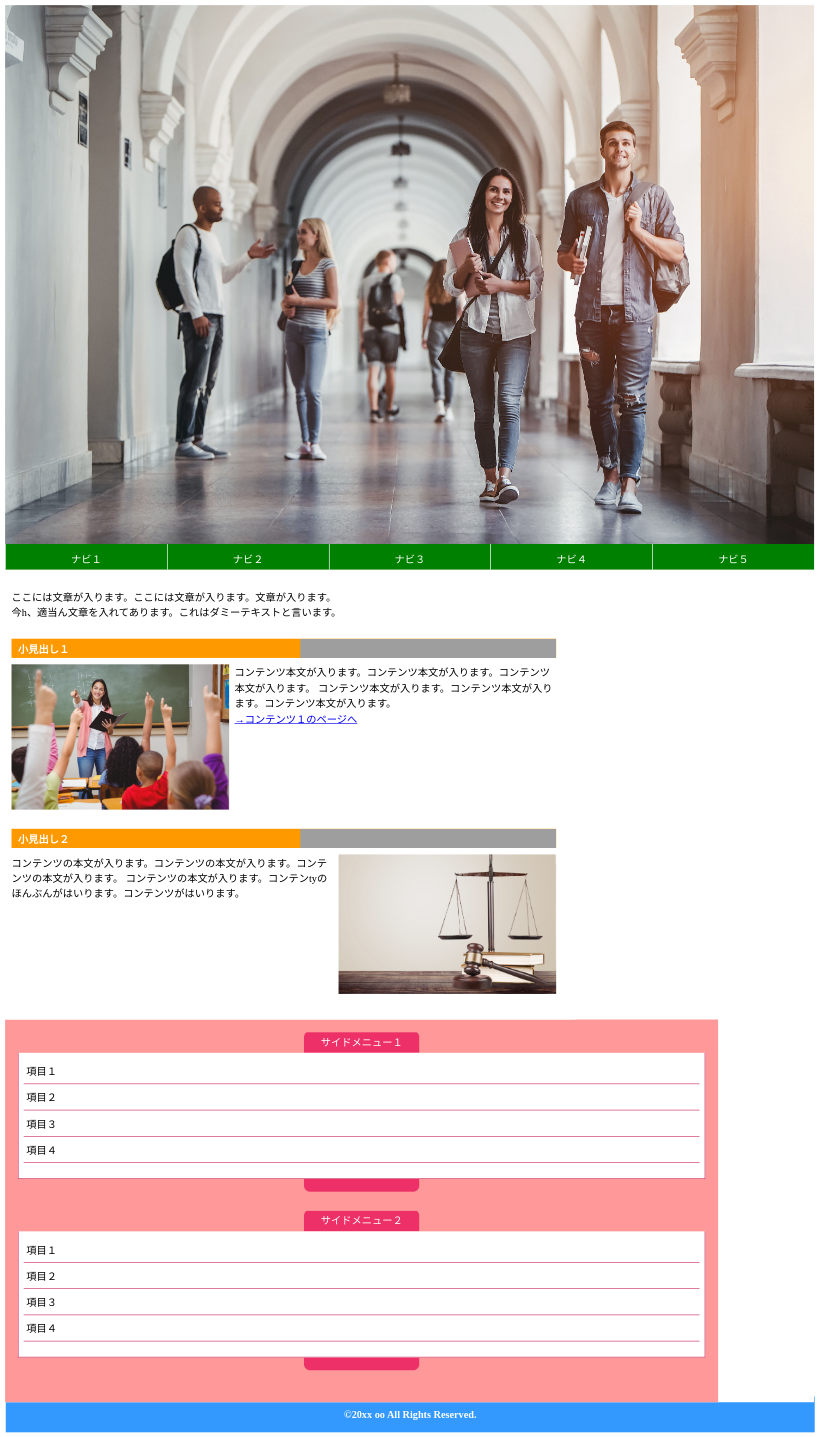
Repository: mksh323/samurai_HTML-CSS
Page: home.html
The author's editor kept a record of every edit. The page is drawn from the files as they stood at one moment, then again after the next edit.
The browser window is 1280 px wide. The pictures show the whole page, at 64% of full size.
Pictures or frames that could not be fetched are drawn as grey boxes.

Above is the page before.

### home.html
<!DOCTYPE html>
<html lang="ja">
<head>
    <meta charset="UTF-8">
    <title>HTML/CSSの学習</title>
    <link rel="stylesheet" href="stylesheet.css">
</head>
<body>
    <div id="header">
        <h1><a href="index.html"><img id="corridor" src="images/corridor.jpg" alt="大学の廊下"/></a></h1>
    </div>
    <div id="wrapper">
        <div id="nav">
            <ul>
                <li><a href="home.html">ナビ１</a></li>
                <li><a href="#">ナビ２</a></li>
                <li><a href="#">ナビ３</a></li>
                <li><a href="#">ナビ４</a></li>
                <li><a href="#">ナビ５</a></li>
            </ul>
        </div>
        <div id="container">
            <div id="main">
                <div class="post">
                    <p>ここには文章が入ります。ここには文章が入ります。文章が入ります。<br />今h、適当ん文章を入れてあります。これはダミーテキストと言います。</p>
                </div>
                <div class="post clearfix">
                    <h2>小見出し１</h2>
                    <img class="left" src="images/classroom.jpg" alt="授業風景"/>
                    <p>
                        コンテンツ本文が入ります。コンテンツ本文が入ります。コンテンツ本文が入ります。
                        コンテンツ本文が入ります。コンテンツ本文が入ります。コンテンツ本文が入ります。
                    </p>
                    <p><a href="#">→コンテンツ１のページへ</a></p>
                </div>
                <div class="post clearfix">
                    <h2>小見出し２</h2>
                    <img class="right" src="images/scale.jpg" alt="天秤"/>
                    <p>
                        コンテンツの本文が入ります。コンテンツの本文が入ります。コンテンツの本文が入ります。
                        コンテンツの本文が入ります。コンテンtyのほんぶんがはいります。コンテンツがはいります。
                    </p>
                </div>
            </div>
        </div>
        <div id="side">
            <div class="box">
                <h2>サイドメニュー１</h2>
                <div class="boxBody">
                    <ul>
                        <li>項目１</li>
                        <li>項目２</li>
                        <li>項目３</li>
                        <li>項目４</li>
                    </ul>
                </div>
            </div>
            <div class="box">
                <h2>サイドメニュー２</h2>
                <div class="boxBody">
                    <ul>
                        <li>項目１</li>
                        <li>項目２</li>
                        <li>項目３</li>
                        <li>項目４</li>
                    </ul>
                </div>
            </div>
        </div>
    </div>
    <div id="footer">
        <p>&copy;20xx oo All Rights Reserved.</p>
    </div>
</body>
</html>

### stylesheet.css
@charset "utf-8"
body{
    margin:0;
    padding:0;
    font-family:"ヒラギノ角ゴ pro W3", "Hiragino Kaku Gothic Pro", "メイリオ",Meiryo, Osaka, "MS Pゴシック", "MS PGothic", sans-serif;
    color:#333;
    font-size:13px;
    line-height:150%;
}
#wrapper{
    width:100%;
    margin:auto;
    margin-top:-20px;
    padding:0px;
    border:0px;
    background-color:#FFF;
    top:10px;
    position:relative;
}
#header{
    width:100%;
}
#header h1{
    margin:0;
    padding:0;
}
#corridor{
    width:100%;
    height:auto;
}
#footer{
    margin:1px;
    clear:both;
    width:100%;
    padding:3px 0 3px 0;
    background:#39F;
    color:#FFF;
    font-weight:bold;
    text-align:center;
}
#nav{
    width:100%;
}
#nav ul{
    display:flex;
    margin:0;
    padding:0;
    list-style-type:none;
}
#nav ul li{
    width:20%;
    text-align:center;
}
#nav ul li a{
    border-left:1px solid white;
    display:block;
    height:20px;
    margin:0;
    padding:10px;
    color:#FFF;
    text-decoration:none;
    background-color:green;
}
#nav ul li a:hover{
    filter:drop-shadow(10px 10px 10px black);
}
#container{
    width:100%;
    margin:auto;
    padding:auto;
    padding-top:20px;
    clear:both;
    display:grid;
    grid-template-columns:70vw 30vw;
}
#main{
    width:95%;
    padding:10px 30px 10px 10px;
    background:#FFF;
}
#main h2{
    margin:0 0 10px 0;
    padding:3px 10px 3px 10px;
    color:#FFF;
    font-size:16px;
    border-left:solid 10px #COO;
    background:#F90 url(../images/main_h2.jpg) right top repeat-y;
}
#main p{
    margin:0;
    padding:0;
}
#main .post{
    margin:0 0 30px 0;
}
#main .post img.right{
    margin:0 0 0 8px;
}
#main .post img.left{
    margin:0 8px 0 0;
}
.right{
    float:right;
    width:40%;
    height:auto;
}
.left{
    float:left;
    width:40%;
    height:auto;
}
.clearfix{
    zoom:1;
}
.clearfix:after{
    content:"";
    display:block;
    clear:both;
}
#side{
    width:85%;
    padding:20px;
    background-color:#F99;
}
#side .box{
    margin:0 auto 30px auto;
    padding:0 0 20px 0;
    background:url(images/side_box.png) bottom no-repeat;
}
#side .box h2{
    margin:0;
    padding:8px;
    text-align:center;
    color:#fff;
    font-size:16px;
    line-height:16px;
    font-weight:normal;
    background:url(images/side_box_h2.png) center no-repeat;
}
#side .box .boxBody{
    padding:8px;
    border-right:solid 1px #C36;
    border-bottom:solid 1px #C36;
    border-left:solid 1px #C36;
    background:#fff;
}
#side .box .boxBody ul{
    margin:0 0 16px 0;
    padding:0;
}
#side .box .boxBody ul li{
    padding:8px 0 8px 4px;
    list-style:none;
    border-bottom:solid 1px #C36;
}
#side .box .boxBody ul li:hover{
    padding:8px 0 8px 4px;
    list-style:none;
    border-bottom:solid 1px #C36;
    box-shadow:0 4px 4px rgba(0, 0, 0, 0.3);
}

After the next edit:
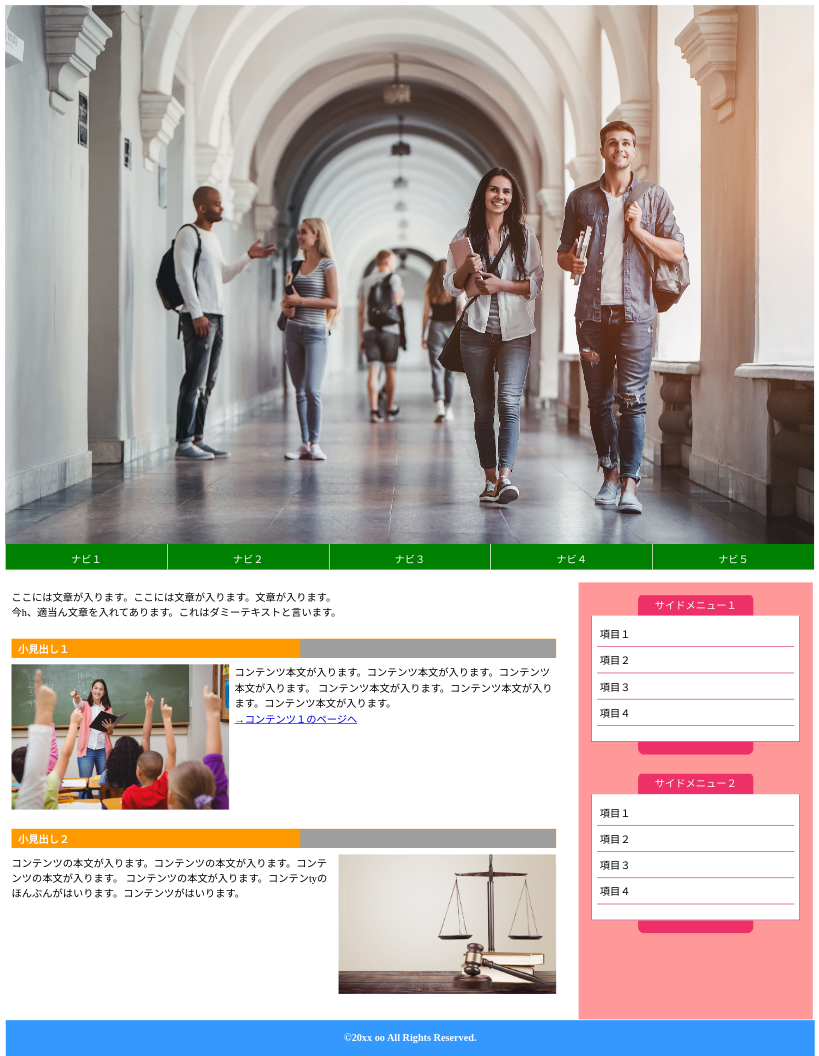
The edit:
--- a/home.html
+++ b/home.html
@@ -42,9 +42,8 @@
                     </p>
                 </div>
             </div>
-        </div>
-        <div id="side">
-            <div class="box">
+            <div id="side">
+                 <div class="box">
                 <h2>サイドメニュー１</h2>
                 <div class="boxBody">
                     <ul>
